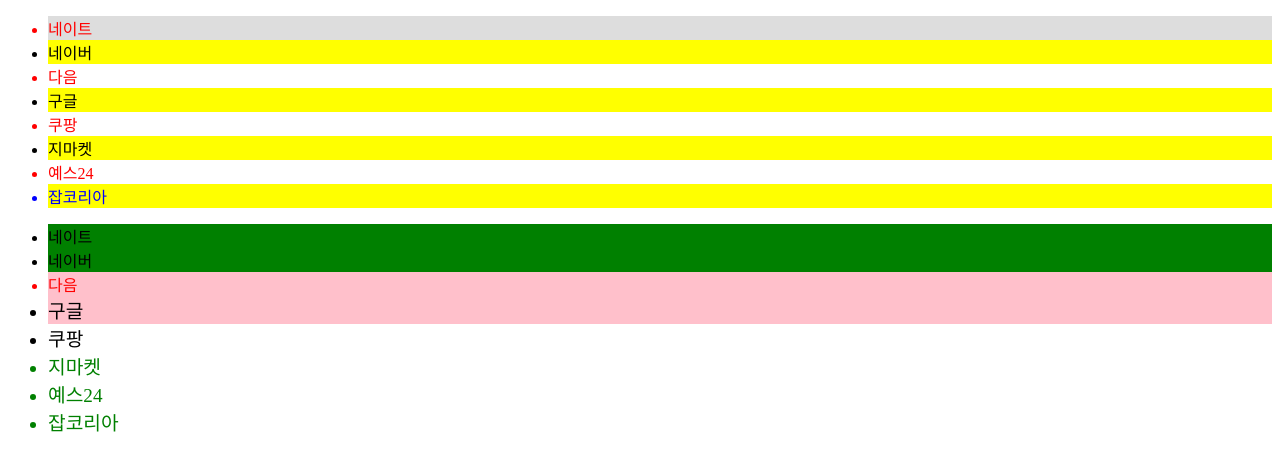
Repository: KangSuA/JSP
Page: webApp/src/main/webapp/jquery/jq04_select.html
The author's editor kept a copy of each file at every save. The page is drawn from the files as they stood at one save, then again after the next save.
The browser window is 1280 px wide. The pictures show the whole page.

Above is the page before, as saved 2023-02-14 05:45:47.

### webApp/src/main/webapp/jquery/jq04_select.html
<!DOCTYPE html>
<html>
<head>
<meta charset="UTF-8">
<title>Insert title here</title>
<script src="https://cdnjs.cloudflare.com/ajax/libs/jquery/3.6.3/jquery.min.js" ></script>
<script>
	$(function(){
		// 위치선택자
		$('.lst>li:odd').css('background-color','yellow');
		$('.lst>li:even').css('color','red');
		$('.lst>li:first').css('background-color','#ddd');
		$('.lst>li:last').css('color','blue');

		// 함수형태의 필터 선택자
		$('.lst2>li').eq(2).css('color','red'); //index
		$('.lst2>li:lt(4)').css('background-color','pink');
		$('.lst2>li:gt(4)').css('color','green'); //index값이 4보다 클때 선택
		$('.lst2>li').slice(3).css('font-size','1.2em'); // index값 3부터 선택

		$('.lst2>li:contains("네")').css('background-color','green'); //특정내용이 포함된 경우 선택
	});
</script>
</head>
<body>
	<ul class="lst">
	<li>네이트</li>
	<li>네이버</li>
	<li>다음</li>
	<li>구글</li>
	<li>쿠팡</li>
	<li>지마켓</li>
	<li>예스24</li>
	<li>잡코리아</li>
	</ul>

	<ul class="lst2">
	<li>네이트</li>
	<li>네이버</li>
	<li>다음</li>
	<li>구글</li>
	<li>쿠팡</li>
	<li>지마켓</li>
	<li>예스24</li>
	<li>잡코리아</li>
	</ul>

</body>
</html>

After the next save:
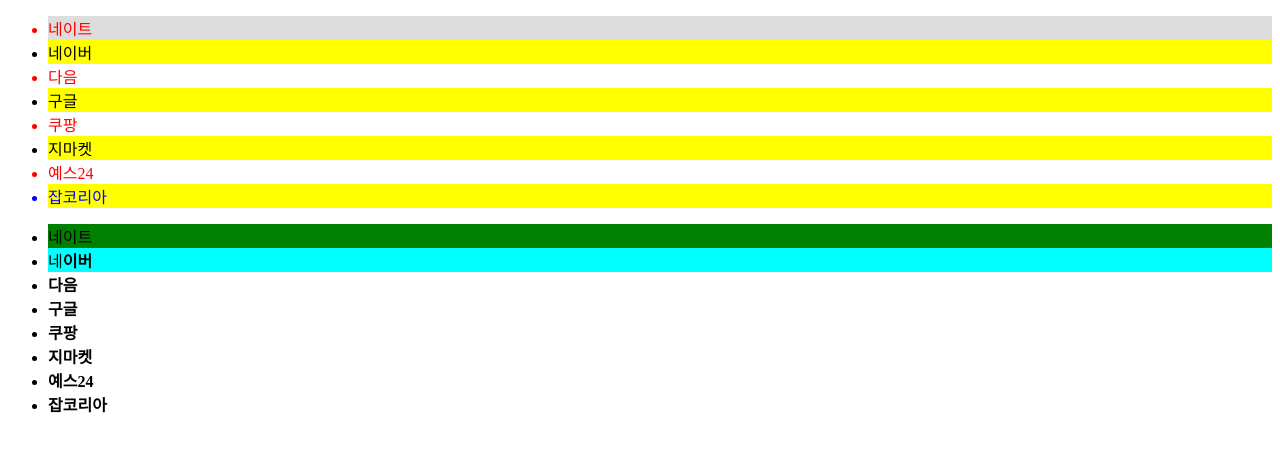
Saved 4 min 3 s later.
--- a/webApp/src/main/webapp/jquery/jq04_select.html
+++ b/webApp/src/main/webapp/jquery/jq04_select.html
@@ -19,6 +19,7 @@
 		$('.lst2>li').slice(3).css('font-size','1.2em'); // index값 3부터 선택
 
 		$('.lst2>li:contains("네")').css('background-color','green'); //특정내용이 포함된 경우 선택
+		$('.lst2>li:has("b")').css('background','cyan');
 	});
 </script>
 </head>
@@ -36,11 +37,11 @@
 
 	<ul class="lst2">
 	<li>네이트</li>
-	<li>네이버</li>
+	<li>네<b>이<b>버</li>
 	<li>다음</li>
 	<li>구글</li>
 	<li>쿠팡</li>
-	<li>지마켓</li>
+	<li>지<b>마<b>켓</li>
 	<li>예스24</li>
 	<li>잡코리아</li>
 	</ul>
